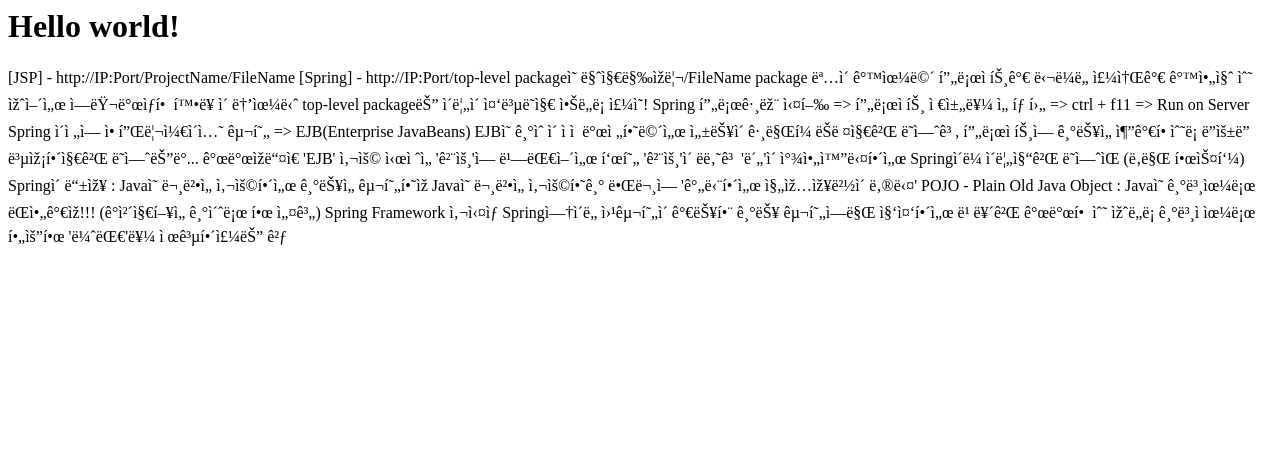
Repository: womss/sexyguy
Page: http://localhost/Feb10_1_Spring/
These files come from the project's save history. The page is drawn as it stood at one moment and after the next save; the edit follows.
The browser window is 1280 px wide. The pictures show the whole page.
The page is served by Tomcat 9. Other server files are loaded and not shown.

Above is the page before, as saved 2025-02-10 03:30:07.

### Spring/Feb10_1_Spring/src/main/webapp/WEB-INF/views/home.jsp
<%@ taglib uri="http://java.sun.com/jsp/jstl/core" prefix="c" %>
<%@ page session="false" %>
<html>
<head>
	<title>Home</title>
</head>
<body>
<h1>Hello world!</h1>

	[JSP] - http://IP:Port/ProjectName/FileName
	[Spring] - http://IP:Port/top-level package의 마지막자리/FileName

	package 명이 같으면 프로젝트가 달라도 주소가 같아질 수 있어서
	에러발생할 확률이 높으니 top-level package는 이름이 중복되지 않도록 주의!

	Spring 프로그램 실행 => 프로젝트 저채를 선택 후
					=> ctrl + f11 => Run on Server

	Spring 이전에
	애플리케이션 구현 => EJB(Enterprise JavaBeans)
	EJB의 기술이 점점 발전하면서 성능이 그만큼 느려지게 되었고,
	프로젝트에 기능을 추가할수록 더욱더 복잡해지게 되었는데...
	개발자들은 'EJB' 사용 시절을 '겨울'에 빗대어서 표현
	'겨울'이 끝나고 '봄'이 찾아왔다해서 Spring이라 이름짓게 되었음
		(낭만 한스푼)
	Spring이 등장 : Java의 문법을 사용해서 기능을 구현하자
	Java의 문법을 사용하기 때문에 '간단해서 진입장벽이 낮다'
	POJO - Plain Old Java Object : Java의 기본으로 돌아가자!!!
		(객체지향을 기초로 한 설계)

	Spring Framework
	사실상 Spring없이도 웹구현이 가능함
	기능 구현에만 집중해서 빠르게 개발할 수 있도록
	기본적으로 필요한 '뼈대'를 제공해주는 것




</body>
</html>

After the next save:
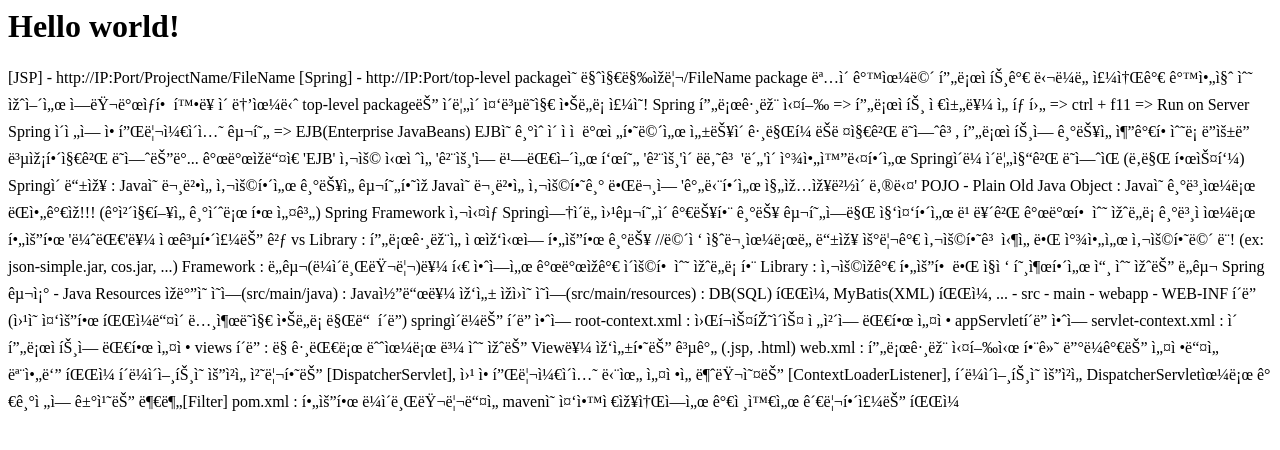
Saved 102 min 21 s later.
--- a/Spring/Feb10_1_Spring/src/main/webapp/WEB-INF/views/home.jsp
+++ b/Spring/Feb10_1_Spring/src/main/webapp/WEB-INF/views/home.jsp
@@ -32,8 +32,38 @@
 	사실상 Spring없이도 웹구현이 가능함
 	기능 구현에만 집중해서 빠르게 개발할 수 있도록
 	기본적으로 필요한 '뼈대'를 제공해주는 것
+	vs
+		Library : 프로그램을 제작시에 필요한 기능  //면접 질문으로도 등장
+			우리가 사용하고 싶을 때 찾아서 사용하면 됨!
+			(ex: json-simple.jar, cos.jar, ...)
+	Framework : 도구(라이브러리)를 틀 안에서 개발자가 이용할 수 있도록 함
+	Library : 사용자가 필요할 때 직접 호출해서 쓸 수 있는 도구
 
 
+	Spring 구조
+
+	- Java Resources
+		자바의 영역(src/main/java) : Java코드를 작성
+		자원의 영역(src/main/resources) : DB(SQL) 파일, MyBatis(XML) 파일, ...
+
+	- src - main - webapp - WEB-INF 폴더
+		(웹의 중요한 파일들이 노출되지 않도록 만든 폴더)
+
+		spring이라는 폴더 안에 root-context.xml
+			: 워크스페이스 전체에 대한 설정
+			appServlet폴더 안에 servlet-context.xml
+				: 이 프로젝트에 대한 설정
+
+		views 폴더 : 말 그대로 눈으로 볼 수 있는 View를 작성하는 공간
+					(.jsp, .html)
+
+		web.xml : 프로그램 실행시 함께 따라가는 설정들을 모아둔 파일
+			클라이언트의 요청을 처리하는 [DispatcherServlet],
+			웹 애플리케이션 단위 설정을 불러오는 [ContextLoaderListener],
+			클라이언트의 요청을 DispatcherServlet으로 가기전에
+				거치는 부분[Filter]
+		pom.xml : 필요한 라이브러리들을 maven의 중앙저장소에서
+				가져와서 관리해주는 파일
 
 
 </body>
